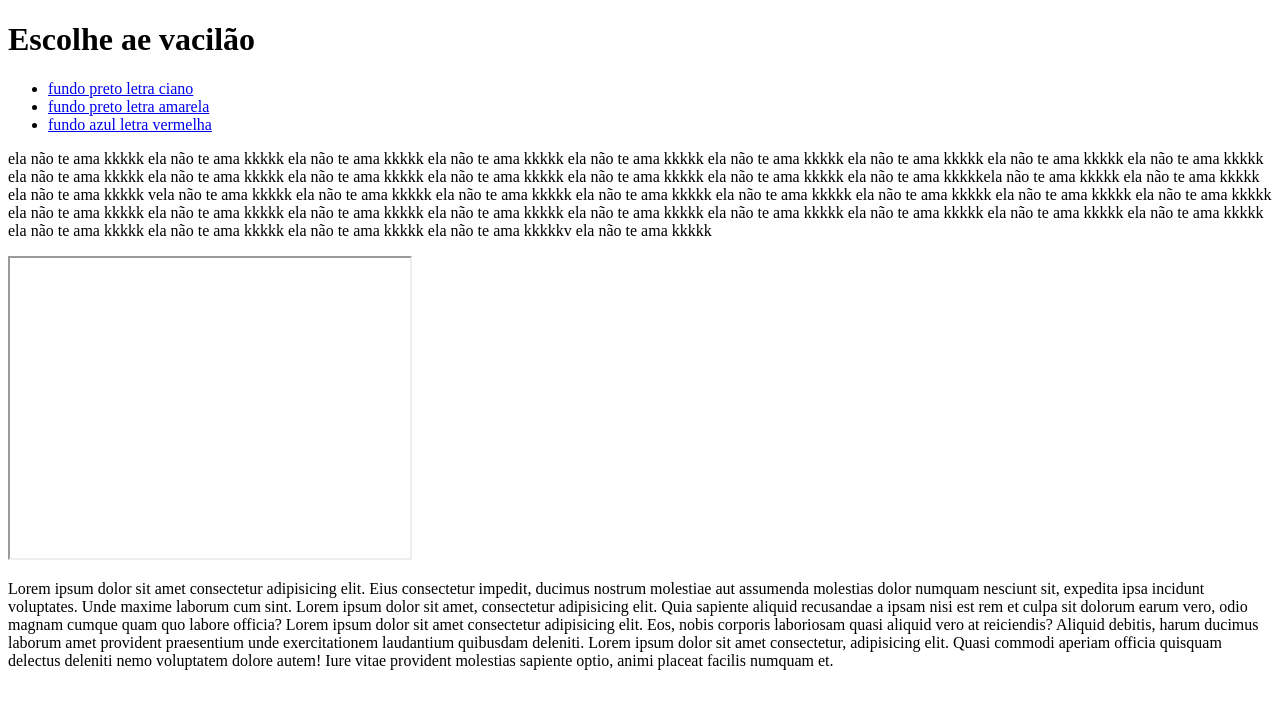
Repository: Leonngc/html-css
Page: ex024/otarios.html
An editor plug-in stored every save of this project. The page is shown before and after a run of saves, followed by the edit.
The browser window is 1280 px wide. The pictures show the whole page.

Above is the page before, as saved 2022-11-15 18:49:08.

After the next 5 saves:
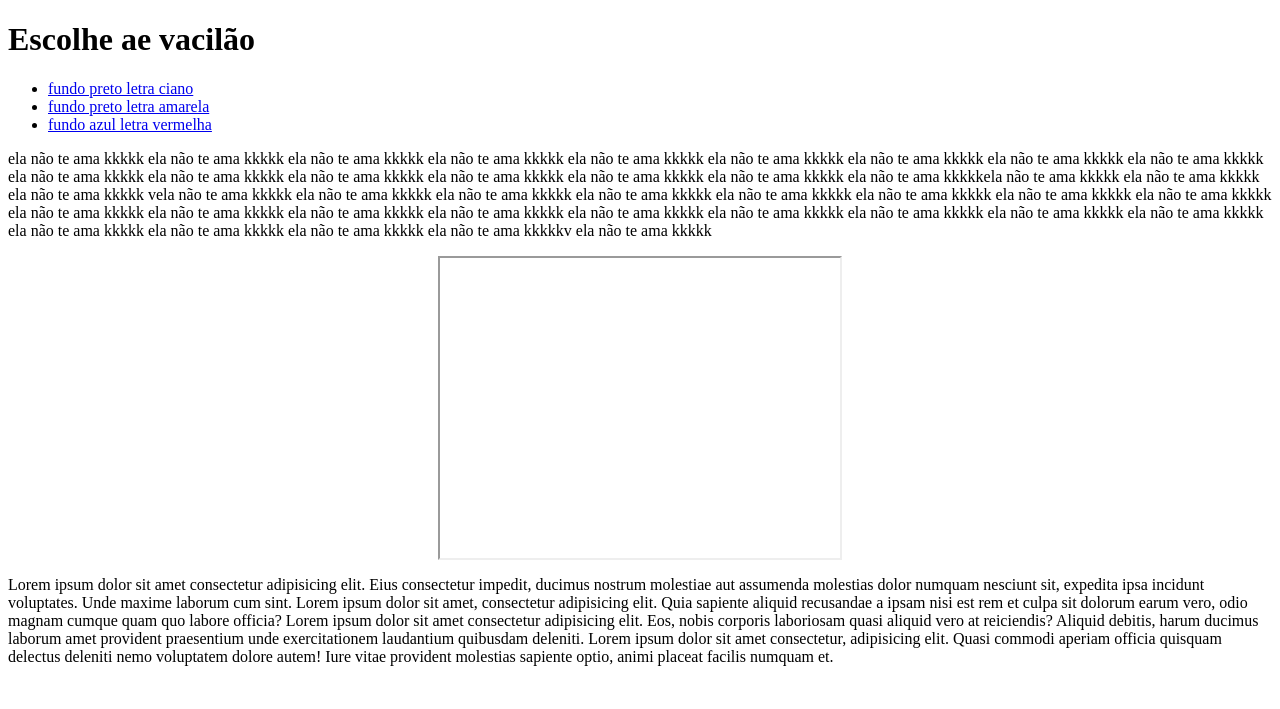
The 5 saves are shown as one change because they came seconds apart.
The last was saved 19 s later.
--- a/ex024/otarios.html
+++ b/ex024/otarios.html
@@ -9,6 +9,8 @@
         iframe{
             width: 400px;
             height: 300px;
+            display: block;
+            margin: auto;
         }
     </style>
 </head>
